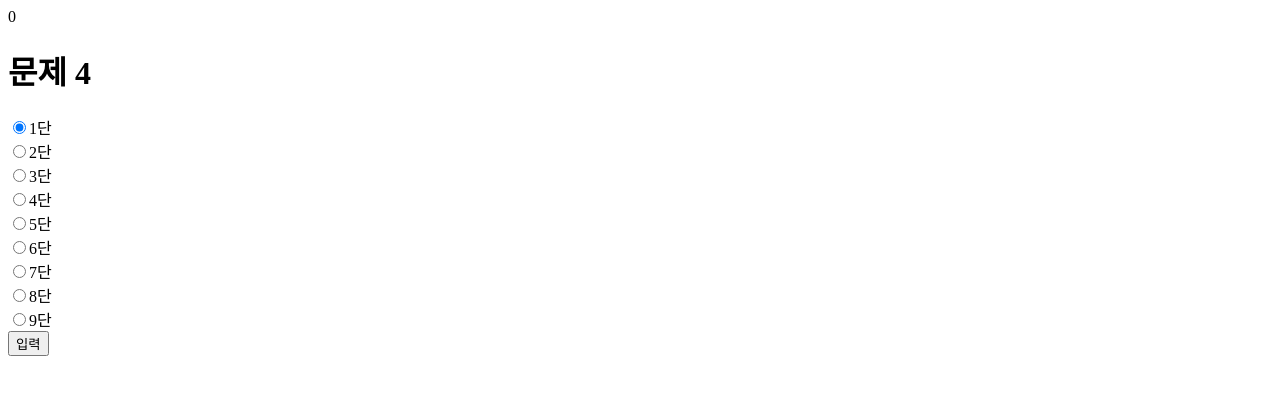
Repository: YooMyeongSeon/JSP_Servlet_Study
Page: web01/WebContent/Quiz_04.html
An editor plug-in stored every save of this project. The page is shown before and after the next save, followed by the edit.
The browser window is 1280 px wide. The pictures show the whole page.

Above is the page before, as saved 2022-06-09 07:32:23.

### web01/WebContent/Quiz_04.html
0<!DOCTYPE html>
<html>
<head>
<meta charset="UTF-8">
<title>Insert title here</title>
</head>
<body>
	<h1>문제 4</h1>
	<form action="Quiz_03" method="get">
		<label><input type="radio" name="dan" value="dan1" checked>1단</label><br>
		<label><input type="radio" name="dan" value="dan2">2단</label><br>
		<label><input type="radio" name="dan" value="dan3">3단</label><br>
		<label><input type="radio" name="dan" value="dan4">4단</label><br>
		<label><input type="radio" name="dan" value="dan5">5단</label><br>
		<label><input type="radio" name="dan" value="dan6">6단</label><br>
		<label><input type="radio" name="dan" value="dan7">7단</label><br>
		<label><input type="radio" name="dan" value="dan8">8단</label><br>
		<label><input type="radio" name="dan" value="dan9">9단</label><br>
		<input type="submit" value="입력">
	</form>
</body>
</html>

After the next save:
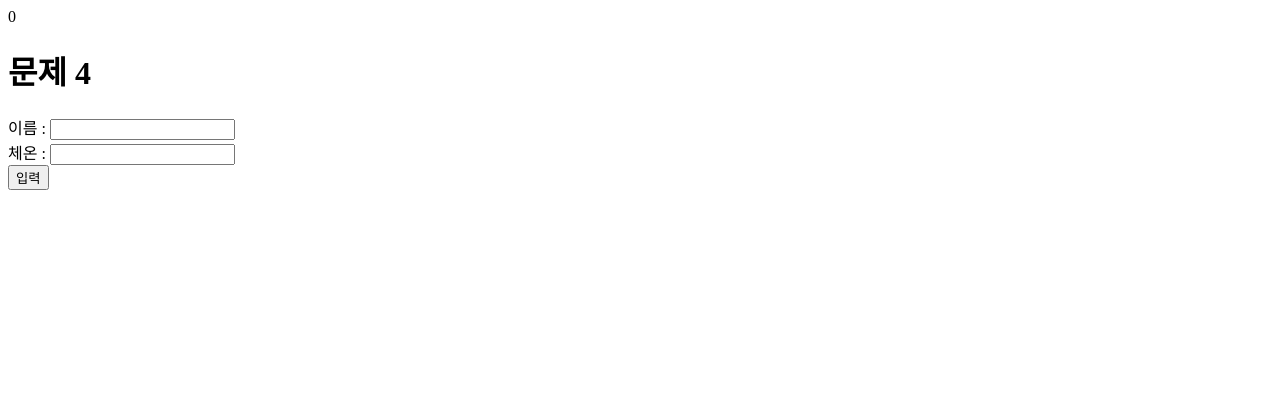
Saved 75 s later.
--- a/web01/WebContent/Quiz_04.html
+++ b/web01/WebContent/Quiz_04.html
@@ -6,16 +6,11 @@
 </head>
 <body>
 	<h1>문제 4</h1>
-	<form action="Quiz_03" method="get">
-		<label><input type="radio" name="dan" value="dan1" checked>1단</label><br>
-		<label><input type="radio" name="dan" value="dan2">2단</label><br>
-		<label><input type="radio" name="dan" value="dan3">3단</label><br>
-		<label><input type="radio" name="dan" value="dan4">4단</label><br>
-		<label><input type="radio" name="dan" value="dan5">5단</label><br>
-		<label><input type="radio" name="dan" value="dan6">6단</label><br>
-		<label><input type="radio" name="dan" value="dan7">7단</label><br>
-		<label><input type="radio" name="dan" value="dan8">8단</label><br>
-		<label><input type="radio" name="dan" value="dan9">9단</label><br>
+	<form action="Quiz_04" method="get">
+		<label for="ko_score">이름 : </label>
+		<input type="text" id="ko_score" name="ko_score"><br>
+		<label for="ko_score">체온 : </label>
+		<input type="text" id="ko_score" name="ko_score"><br>
 		<input type="submit" value="입력">
 	</form>
 </body>
